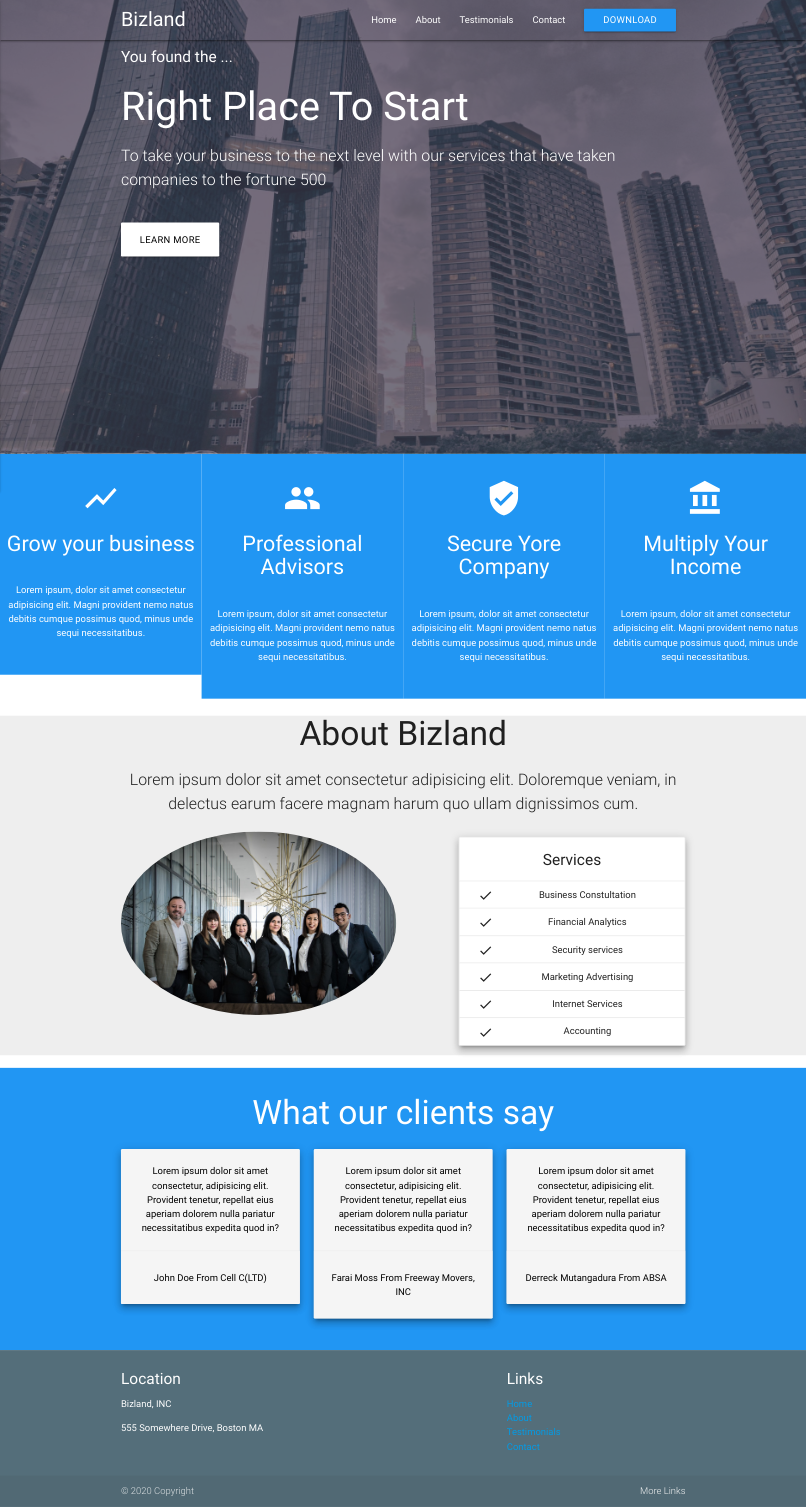
Repository: farrdy/bizland
Page: index.html
An editor plug-in stored every save of this project. The page is shown before and after the next save, followed by the edit.
The browser window is 1280 px wide. The pictures show the whole page, at 63% of full size.
Some web libraries are served in a nearby version.

Above is the page before, as saved 2020-01-05 14:42:49.

After the next save:
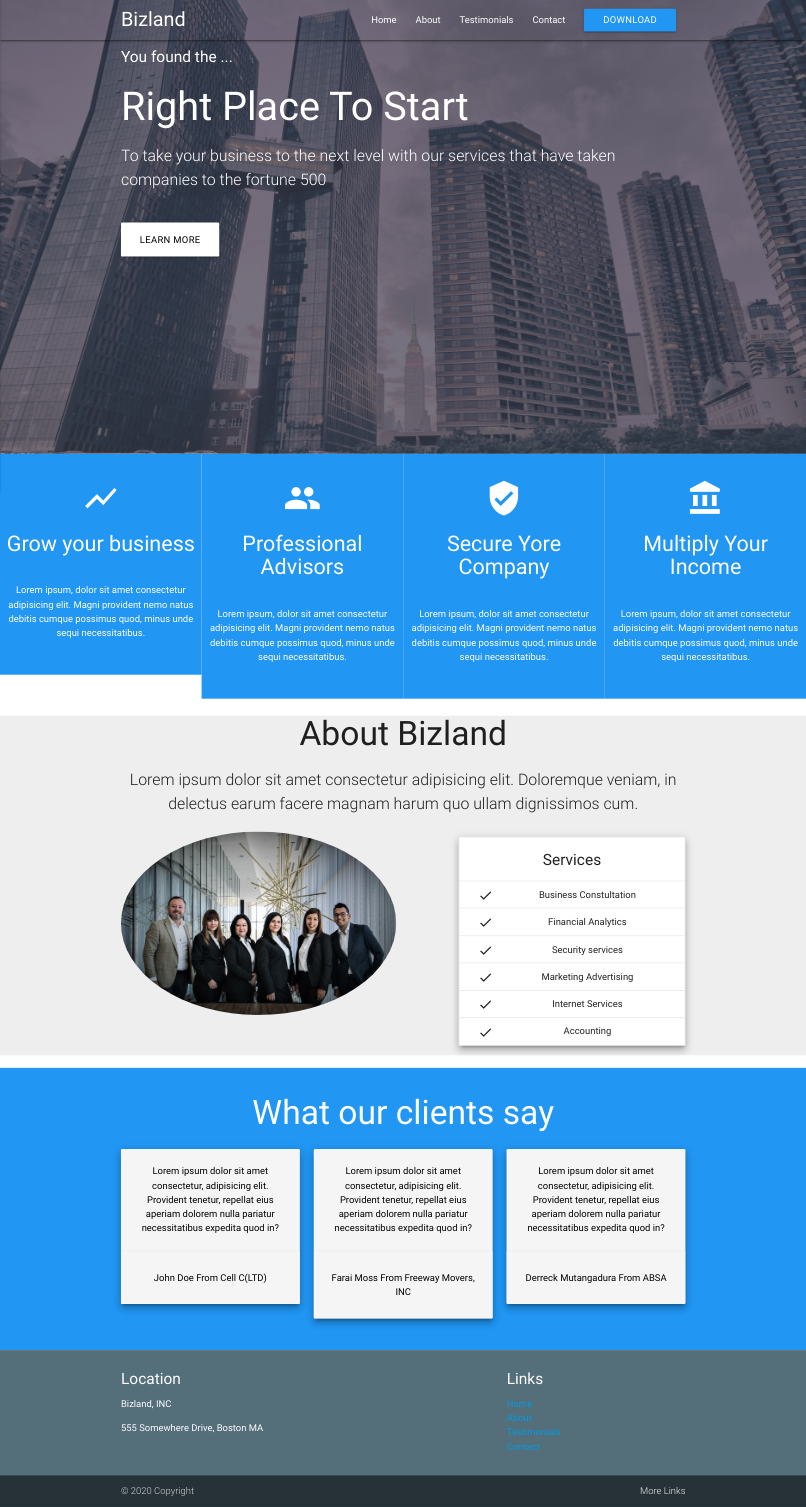
Saved 94 s later.
--- a/index.html
+++ b/index.html
@@ -261,7 +261,7 @@
           </div>
         </div>
       </div>
-      <div class="footer-copyright">
+      <div class="footer-copyright blue-grey darken-4">
         <div class="container">
           © 2020 Copyright
           <a class="grey-text text-lighten-4 right" href="#!">More Links</a>
